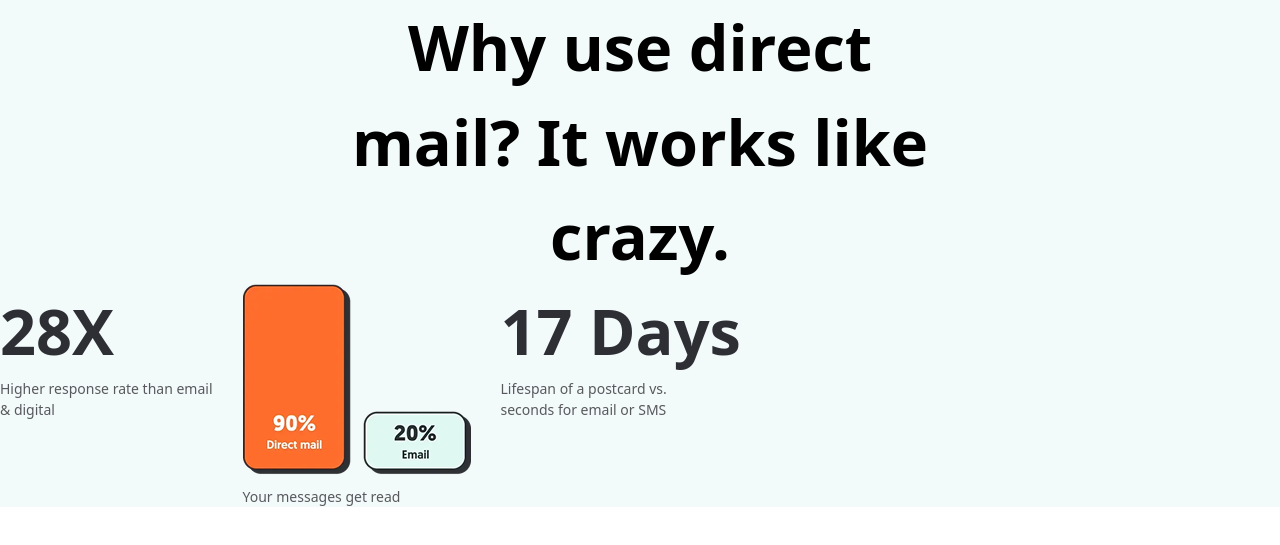
Repository: trusha97/postpilot
Page: mailsende.html
An editor plug-in stored every save of this project. The page is shown before and after a run of saves, followed by the edit.
The browser window is 1280 px wide. The pictures show the whole page.
Some web libraries are served in a nearby version.

Above is the page before, as saved 2025-05-21 14:54:00.

### mailsende.html
<!DOCTYPE html>
<html lang="en">

<head>
    <meta charset="UTF-8" />
    <meta name="viewport" content="width=device-width, initial-scale=1.0" />
    <title>mail send</title>
    <!-- Tailwind CSS CDN -->
    <script src="https://cdn.tailwindcss.com"></script>
</head>

<body>
    <div class="bg-[#F3FAFA]">
        <div>
            <p class="text-[63px] max-w-[615px] text-center mx-auto font-bold">Why use direct mail?
                It <span>works</span> like crazy.</p>
        </div>
        <div
            class=" flex gap-[30px]">
            <div>
                <h2 class="text-[63px] font-[700] text-[#2E2F35] max-md:text-[50px] max-sm:text-[30px]">28X</h2>
                <p class="text-[14px] font-[500] text-[#58595D]">Higher response rate than email<br>&
                    digital
                </p>
            </div>
            <div>
                <img src="Assets/images/emailmobile.png">
                <p class="text-[14px] font-[500] text-[#58595D]">Your messages get read</p>
            </div>
            <div>
                <h2 class="text-[63px] font-[700] text-[#2E2F35] max-md:text-[50px] max-sm:text-[30px]"">17 Days</h2>
                        <p class=" text-[14px] font-[500] text-[#58595D]">Lifespan of a postcard vs.<br>seconds
                    for email
                    or SMS</p>
            </div>
        </div>
    </div>
</body>

</html>

After the next 5 saves:
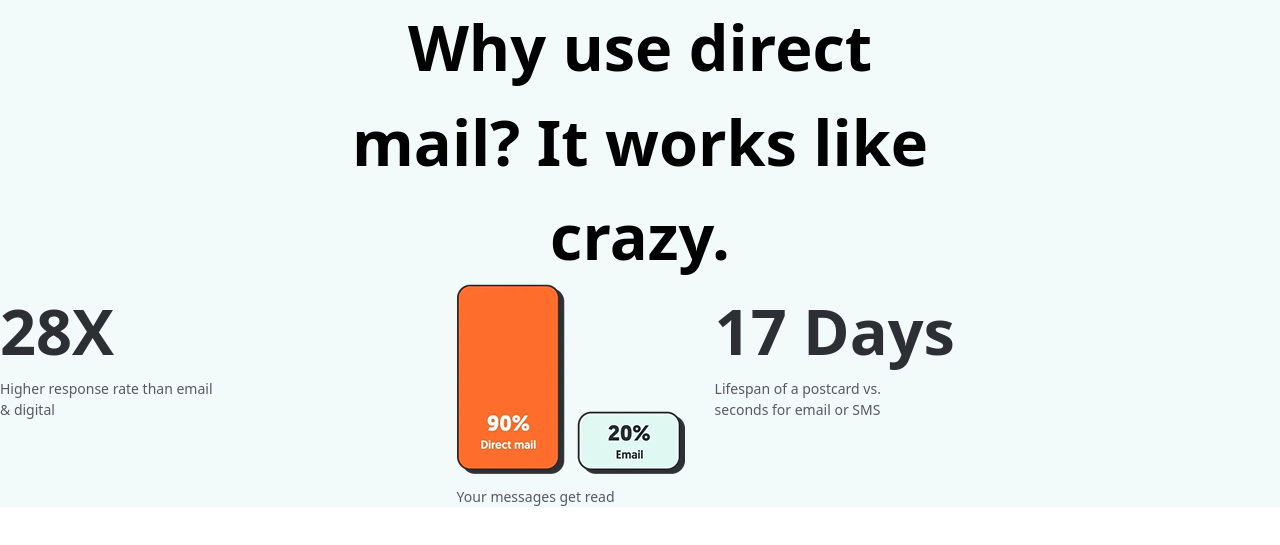
The 5 saves are shown as one change because they came seconds apart.
The last was saved 53 s later.
--- a/mailsende.html
+++ b/mailsende.html
@@ -17,7 +17,7 @@
         </div>
         <div
             class=" flex gap-[30px]">
-            <div>
+            <div class="w-[33.33%]">
                 <h2 class="text-[63px] font-[700] text-[#2E2F35] max-md:text-[50px] max-sm:text-[30px]">28X</h2>
                 <p class="text-[14px] font-[500] text-[#58595D]">Higher response rate than email<br>&
                     digital
